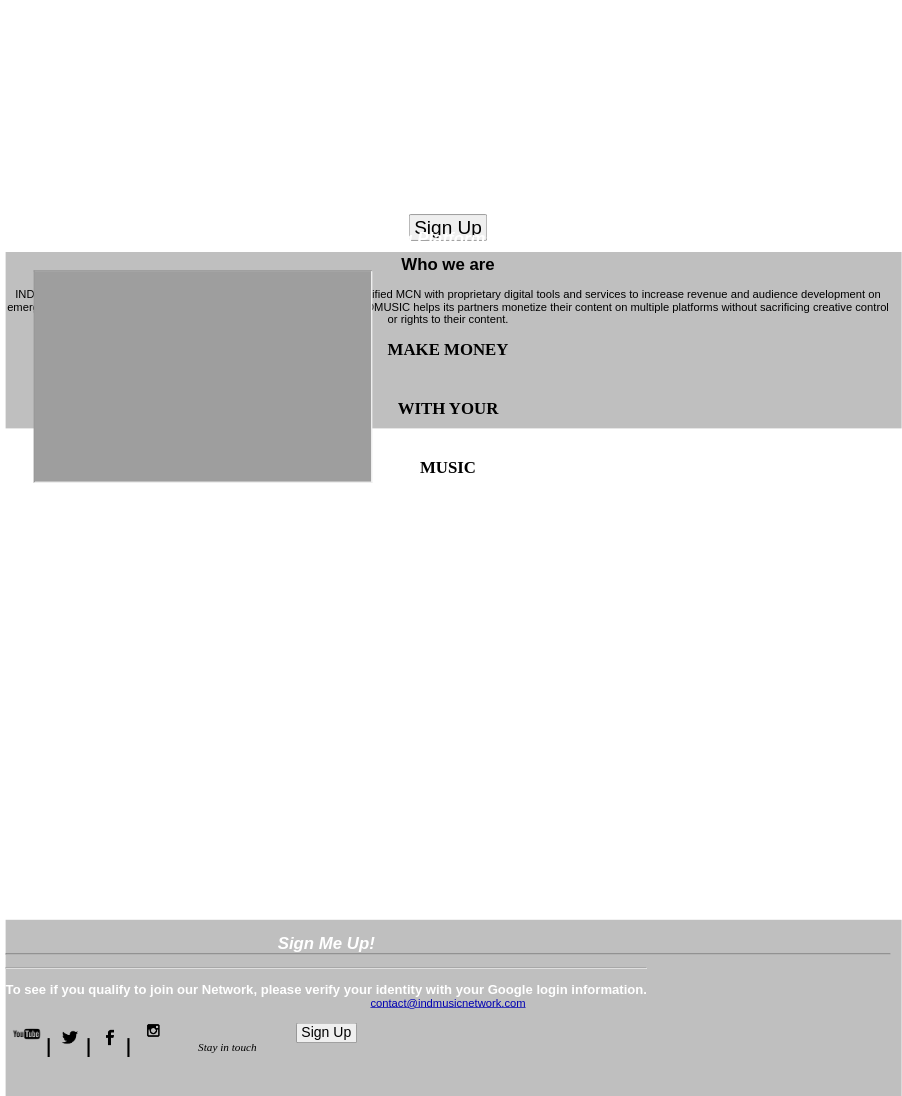
Repository: agreen757/angular-uirouter-seed
Page: public/app/join/join.html
The author's editor kept a record of every edit. The page is drawn from the files as they stood at one moment, then again after the next edit.
The browser window is 1280 px wide. The page is 1288 px wide, then 1280 px, so the pictures cover 1288 px, including what lies to the right of the window. The pictures show the part of the page from y = 0 to 1880 px (the page is 1566 px tall before and 2581 px after), at 70% of full size.
Pictures or frames that could not be fetched are drawn as grey boxes.

Above is the page before.
Console error: ReferenceError: $ is not defined

After the next edit:
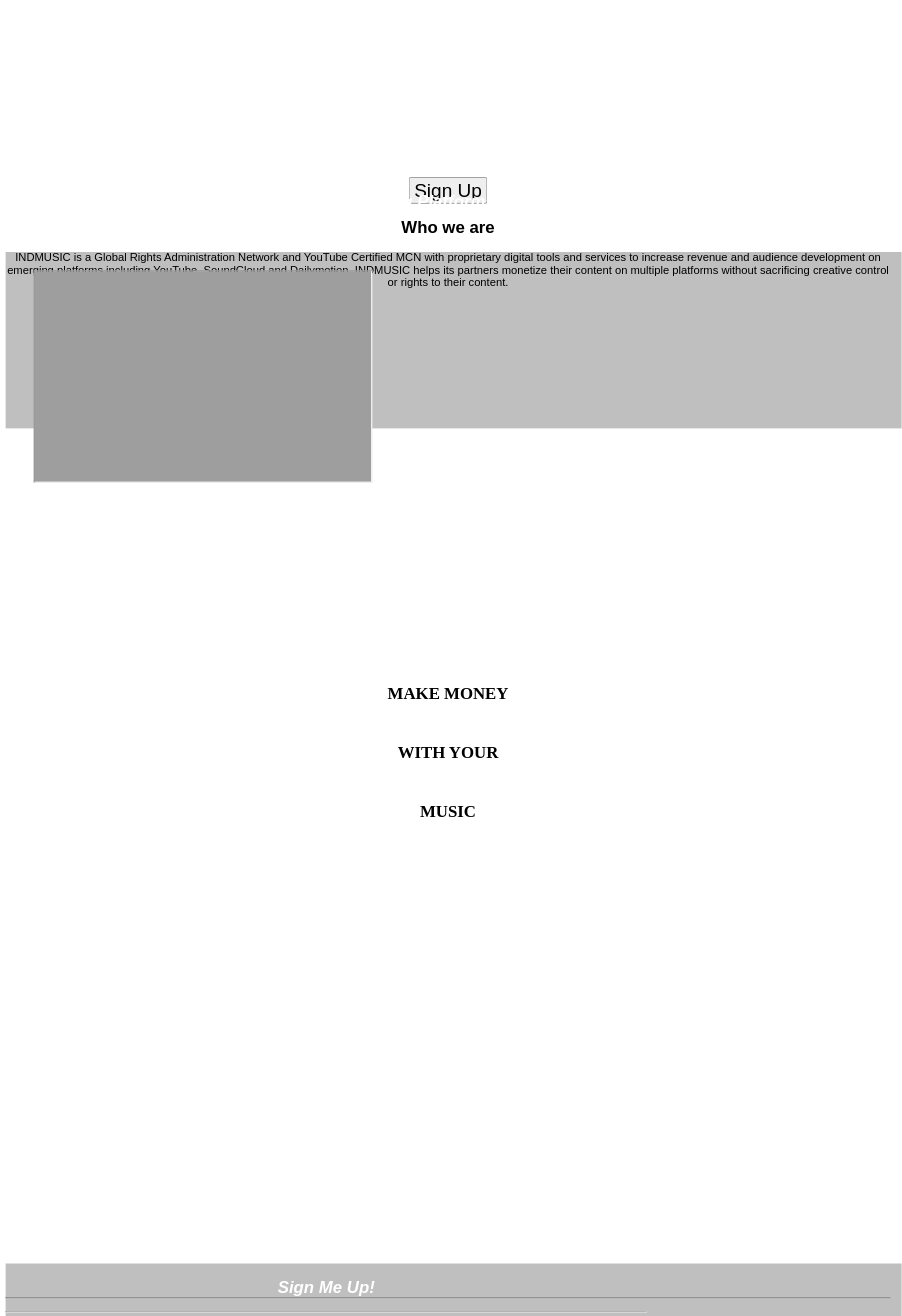
The edit:
--- a/public/app/join/join.html
+++ b/public/app/join/join.html
@@ -1,6 +1,5 @@
-<!DOCTYPE html>
-<html ng-app="myapp">
-  <body style="padding-top:45px">
+
+
     <!-- <div ng-include src="'/app/components/navbar-other/navbar-other.html'"></div> -->
     <div id="opaqueheader" style="position:absolute;background:rgba(0,0,0,0.2);width:100%;z-index:1"></div>
     <section id="header" data-type="background" data-speed="6">
